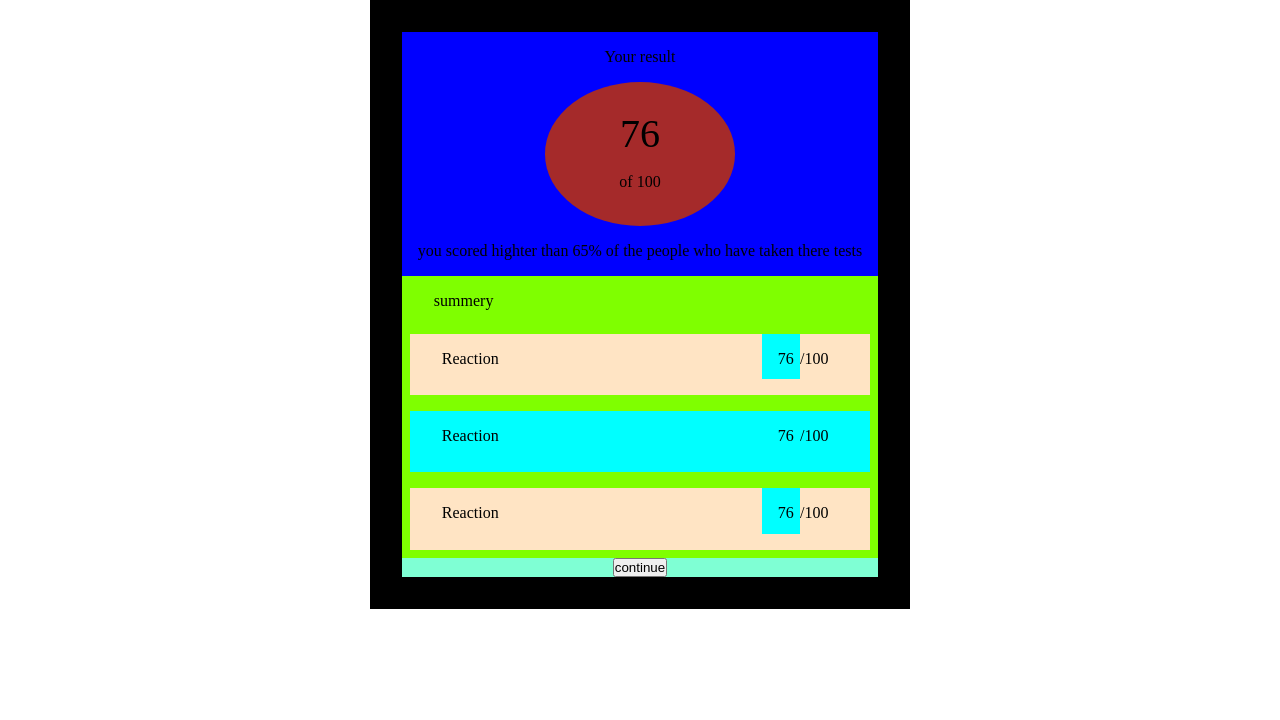
Repository: rahanwz/Card2-raha
Page: card2.html
An editor plug-in stored every save of this project. The page is shown before and after the next save, followed by the edit.
The browser window is 1280 px wide. The pictures show the whole page.

Above is the page before, as saved 2024-02-20 16:03:14.

### card2.html
<!DOCTYPE html>
<html lang="en">
  <head>
    <meta charset="UTF-8" />
    <meta name="viewport" content="width=device-width, initial-scale=1.0" />
    <title>Document</title>
    <link rel="stylesheet" href="card2.css" />
  </head>
  <body>
    <div class="container">
      <div class="card_container">
        <div class="top_card">
          <p>Your result</p>
          <div class="present">
            <p>76</p>
            <p>of 100</p>
          </div>
          <p class="describ">
            you scored highter than 65% of the people who have taken there tests
          </p>
        </div>
        <div class="bottom_card">
          <p>summery</p>
          <div class="box box1">
            <p>Reaction</p>
            <div class="number">
              <p>
                <span
                  style="
                    background-color: aqua;
                    width: 50%;
                    padding: 1rem;
                    margin-top: -1rem;
                  "
                  >76</span
                ><span>/</span>100
              </p>
            </div>
          </div>
          <div class="box box2">
            <p>Reaction</p>
            <div class="number">
              <p>
                <span
                  style="
                    background-color: aqua;
                    width: 50%;
                    padding: 1rem;
                    margin-top: -1rem;
                  "
                  >76</span
                ><span>/</span>100
              </p>
            </div>
          </div>

        <div class="box box1">
          <p>Reaction</p>
          <div class="number">
            <p>
              <span
                style="
                  background-color: aqua;
                  width: 50%;
                  padding: 1rem;
                  margin-top: -1rem;
                "
                >76</span
              ><span>/</span>100
            </p>
          </div>
        </div>
      </div>


      <div class="box5">
        <button>continue</button>
      </div> </div>
    </div>
  </body>
</html>

### card2.css
* {
  padding: 0;
  margin: 0;
  box-sizing: border-box;
}
body {
  display: flex;
  justify-content: center;
}
.container {
  background-color: black;
  padding: 2rem;
}
.card_container {
  background-color: aquamarine;

}
.card_container {
  text-align: center;
}

.top_card :first-child {
  padding: 1rem;
}
.present :first-child {
  font-size: 2.5rem;
  padding-top: 1.75rem;
}

.present {
  background-color: #f57d1f;
  height: 20vh;
  width: 40%;
  border-radius: 100%;
  background-color: brown;
  margin: auto;
}

.describ {
  padding: 1rem;
}

.top_card {
  background-color: blue;
}

.bottom_card :first-child {
  padding: 1rem 2rem;
  display: flex;
}

.bottom_card {
  background-color: chartreuse;

}

.bottom_card .box {
  display: flex;
  padding: 0.5rem;
   align-items: center;
   justify-content: space-between;
}

.box1 p{
  background-color: bisque;
  width: 100%;
  height: 8.5vh;

}

.box2 p {
  background-color: cyan;
  width: 100%;
  height: 8.5vh;

}
.box3 p{
  background-color: rgb(30, 11, 50);
   width: 100%;
  height: 8.5vh;


.box4 p {
  background-color: rgb(255, 70, 2);
  width: 100%;
  height: 8.5vh;
}

After the next save:
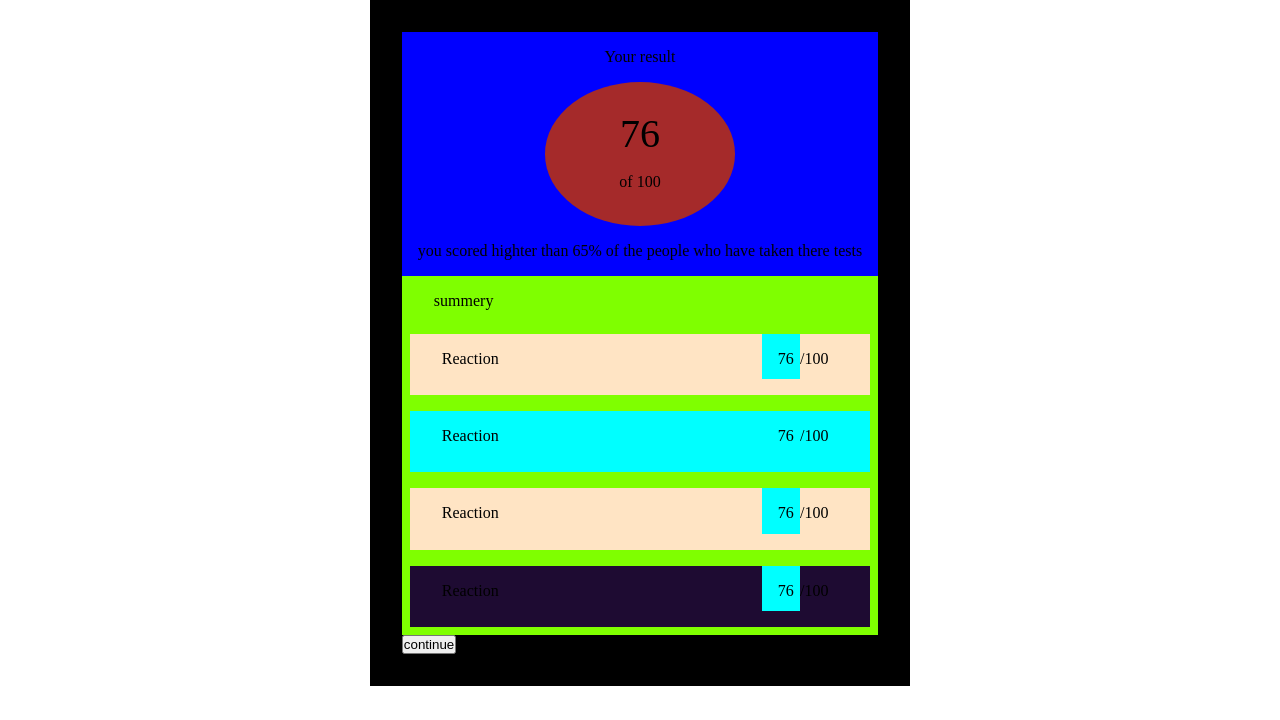
Saved 2 s later.
--- a/card2.html
+++ b/card2.html
@@ -70,6 +70,10 @@
             </p>
           </div>
         </div>
+         <div class="box box3"> <p>Reaction</p>
+     <div class="number"><p><span style="background-color: aqua;width: 50%;padding:1rem;margin-top: -1rem;">76</span><span>/</span>100</p></div>
+     </div></div>
+
       </div>
 
 
